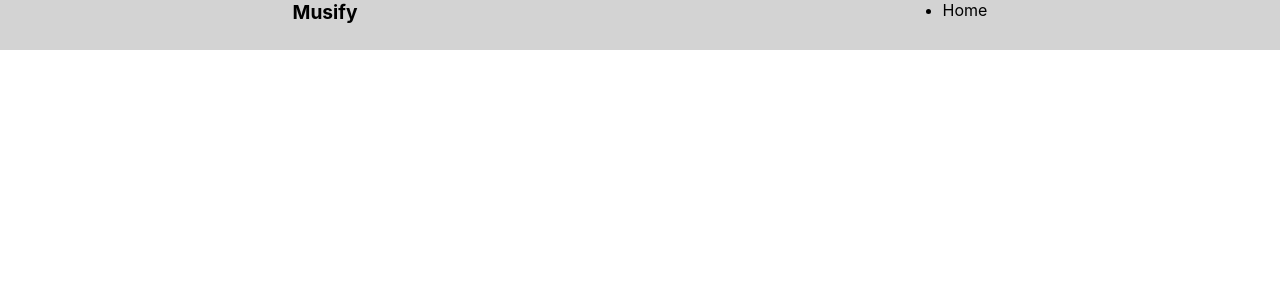
Repository: yuqiant/musify
Page: /home (app in musify/)
These files come from the project's save history. The page is drawn as it stood at one moment and after the next save; the edit follows.
The browser window is 1280 px wide. The pictures show the whole page.
The project was rebuilt for these pictures with package versions that can differ from the ones it lists, and the page was loaded fresh each time. Also part of the build but not shown: musify/src/App.css, musify/src/home/index.js.

Above is the page before, as saved 2023-11-30 00:52:08.

After the next save:
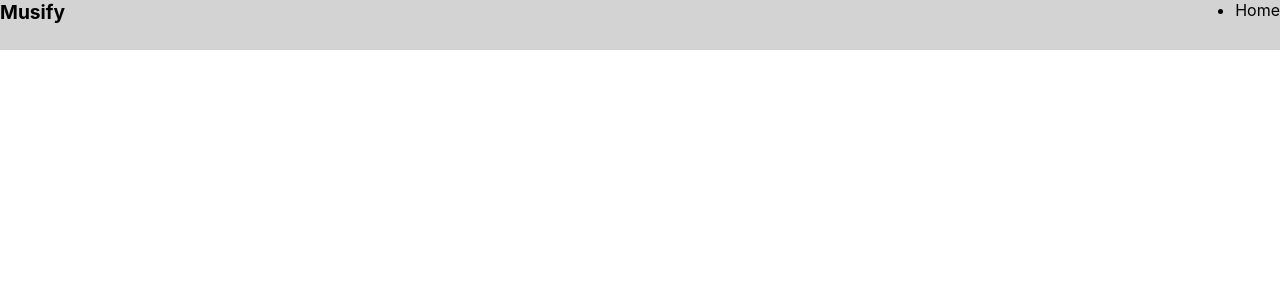
Saved 17 s later.
--- a/musify/src/navbar/index.css
+++ b/musify/src/navbar/index.css
@@ -7,7 +7,7 @@
     /* Full width */
     display: flex;
     /* Align items in a row */
-    justify-content: space-around;
+    justify-content: space-between;
     /* Even spacing */
     height: 50px;
 }

After the save that followed:
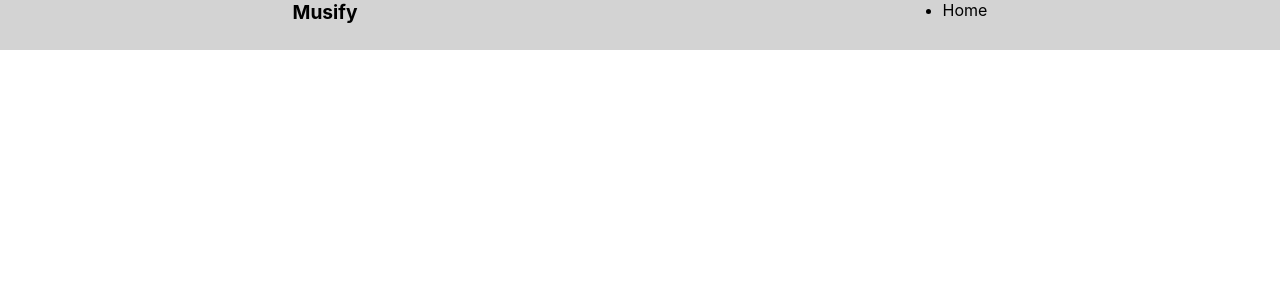
Saved 18 s later.
--- a/musify/src/navbar/index.css
+++ b/musify/src/navbar/index.css
@@ -7,7 +7,7 @@
     /* Full width */
     display: flex;
     /* Align items in a row */
-    justify-content: space-between;
+    justify-content: space-around;
     /* Even spacing */
     height: 50px;
 }
